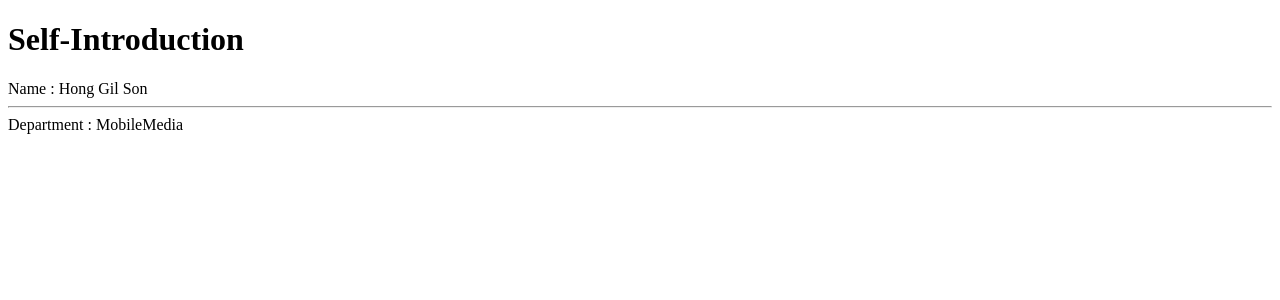
Repository: bobo1201/jspwork
Page: http://localhost/JSPBook/HelloJSP3.jsp
The author's editor kept a copy of each file at every save. The page is drawn from the files as they stood at one save, then again after the next save.
The browser window is 1280 px wide. The pictures show the whole page.
The page is served by Tomcat 9.

Above is the page before, as saved 2023-02-27 01:51:27.

### JSPBook/src/main/webapp/HelloJSP3.jsp
<%@ page language="java" contentType="text/html; charset=UTF-8"
    pageEncoding="UTF-8"%>
<!DOCTYPE html>
<html>
<head>
<meta charset="UTF-8">
<title>JSP</title>
</head>
<body>
	<h1>Self-Introduction</h1>
	Name : Hong Gil Son <hr>
	Department : MobileMedia
</body>
</html>

After the next save:
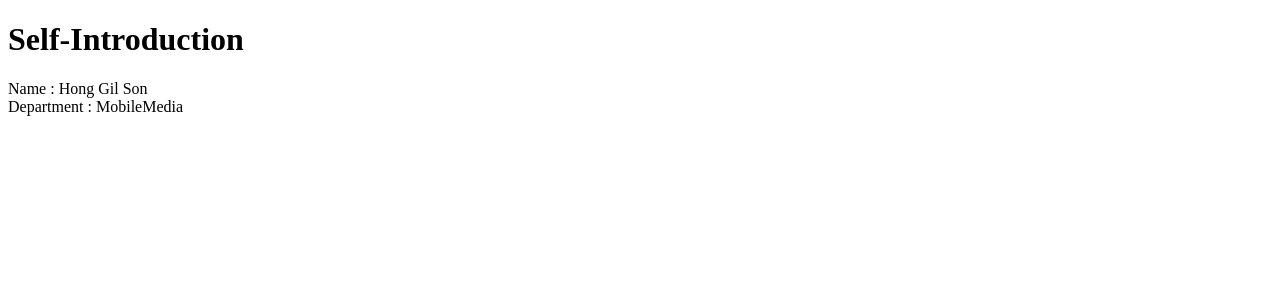
Saved 6 s later.
--- a/JSPBook/src/main/webapp/HelloJSP3.jsp
+++ b/JSPBook/src/main/webapp/HelloJSP3.jsp
@@ -8,7 +8,7 @@
 </head>
 <body>
 	<h1>Self-Introduction</h1>
-	Name : Hong Gil Son <hr>
+	Name : Hong Gil Son <br>
 	Department : MobileMedia
 </body>
 </html>
